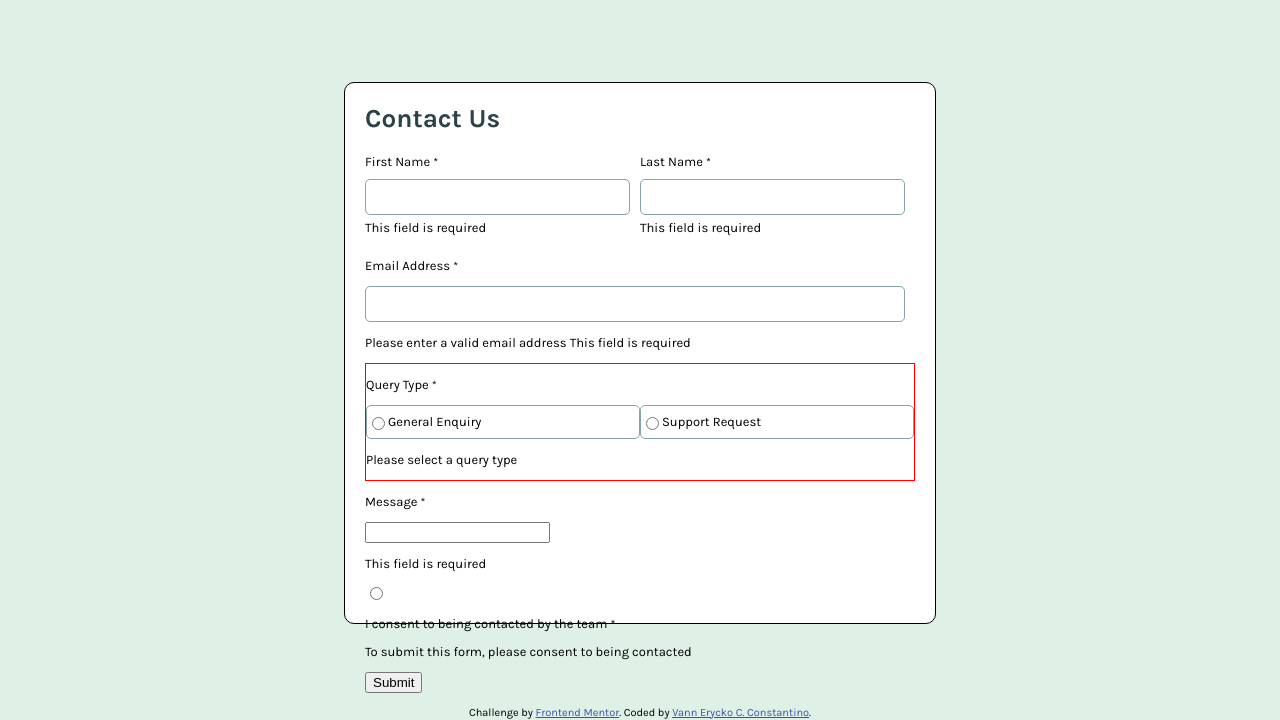
Repository: kocokoy/contact-form
Page: contact-form-main/index.html
These files come from the project's save history. The page is drawn as it stood at one moment and after the next save; the edit follows.
The browser window is 1280 px wide. The pictures show the whole page.

Above is the page before, as saved 2024-10-24 09:34:15.

### contact-form-main/index.html
<!DOCTYPE html>
<html lang="en">
<head>
  <meta charset="UTF-8">
  <meta name="viewport" content="width=device-width, initial-scale=1.0"> <!-- displays site properly based on user's device -->

  <link rel="icon" type="image/png" sizes="32x32" href="./assets/images/favicon-32x32.png">
  <link rel="stylesheet" href="/contact-form-main/styles/style.css">
  <link rel="preconnect" href="https://fonts.googleapis.com">
  <link rel="preconnect" href="https://fonts.gstatic.com" crossorigin>
  <link href="https://fonts.googleapis.com/css2?family=Karla:ital,wght@0,200..800;1,200..800&family=Red+Hat+Text:ital,wght@0,300..700;1,300..700&display=swap" rel="stylesheet">
  <title>Frontend Mentor | Contact form</title>

  <!-- Feel free to remove these styles or customise in your own stylesheet 👍 -->
  <style>
    .attribution { font-size: 11px; text-align: center; }
    .attribution a { color: hsl(228, 45%, 44%); }
  </style>
</head>
<body>
  <div class="container">
    <div class="contact-form-card">
      <h1 class="contact-us-header">
        Contact Us
      </h1>
      <div class="name-section">
        <div class="first-name-section">
          <p>
            First Name
            <span>*</span>
          </p>
          <input type="text" name="" id="">
          <p>
            This field is required
          </p>
        </div>
        <div class="last-name-section">
          <p>
            Last Name
            <span>*</span>
          </p>
          <input type="text" name="" id="">
          <p>
            This field is required
          </p>
        </div>
      </div>
      <div class="email-section">
        <p>Email Address  <span>*</span></p>
        <input type="text">
        <p>Please enter a valid email address
          This field is required</p>
      </div>
      <div class="query-type-section">
        <p>Query Type  <span>*</span></p>
        <div class="radio-query-type-section">
          <div>
            <input type="radio">
            General Enquiry
          </div>
          <div>
            <input type="radio">
            Support Request
          </div>
        </div>
        <p>Please select a query type</p>
      </div>
      <div class="message-section">
        <p>Message  <span>*</span></p>
        <input type="text">
        <p>This field is required</p>
      </div>
      <div class="consent-section">
        <div>
          <input type="radio">
          <p>I consent to being contacted by the team  <span>*</span></p>
        </div>
        <p> To submit this form, please consent to being contacted</p>
      </div>
      <div class="submit-btn-section">
        <button>
          Submit</button>
      </div>
    </div>
  </div>




  <!-- Message Sent!
  Thanks for completing the form. We'll be in touch soon! -->

  <div class="attribution">
    Challenge by <a href="https://www.frontendmentor.io?ref=challenge">Frontend Mentor</a>.
    Coded by <a href="#">Vann Erycko C. Constantino</a>.
  </div>
</body>
</html>

### contact-form-main/styles/style.css
:root{
  /* Primary */
  --Green200: hsl(148, 38%, 91%);
  --Green600: hsl(169, 82%, 27%);
  --Red:hsl(0, 66%, 54%);

  --White: hsl(0, 0%, 100%);
  --Grey500: hsl(186, 15%, 59%);
  --Grey900: hsl(187, 24%, 22%);
}

body{
  padding: 0;
  margin: 0;
  background-color: var(--Green200);
  font-family: Karla;
  font-size: 13px;
  font-weight: 400;
}

span {
  font-size: 12px;
}

.container{
  display: flex;
  align-items: center;
  justify-content: center;
  height: 98vh;
}

.contact-form-card{
  display: flex;
  flex-direction: column;
  border: 1px solid;
  background-color: var(--White);
  height: 500px;
  width: 550px;
  border-radius: 10px;
  padding: 20px;
}

.contact-us-header{
  padding: 0;
  margin: 0;
  font-weight: 700;
  color: var(--Grey900);
}

.name-section{
  display: flex;
  flex-direction: row;
  justify-content: space-between;
  padding-top: 15px;
}

.name-section p{
  /* border: 1px solid red; */
  margin: 5px 0;
  padding-bottom: 5px;
}

.name-section input{
 width: 94%;
 height: 32px;
 border: 1px solid var(--Grey500);
 border-radius: 5px;
}

.first-name-section, .last-name-section{
  width: 100%;
}

.email-section{
  display: flex;
  flex-direction: column;
}

.email-section input{
  width: 97%;
  height: 32px;
  border-radius: 5px;
  border: 1px solid var(--Grey500);
}

.query-type-section{
  border: 1px solid red;
  display: flex;
  flex-direction: column;
}

.query-type-section .radio-query-type-section{
  display: flex;
  flex-direction: row;
  justify-content: space-between;
}

.query-type-section .radio-query-type-section div{
  display: flex;
  flex-direction: row;
  align-items: center;
  height: 32px;
  border-radius: 5px;
  border: 1px solid var(--Grey500);
  width: 50%;
}

After the next save:
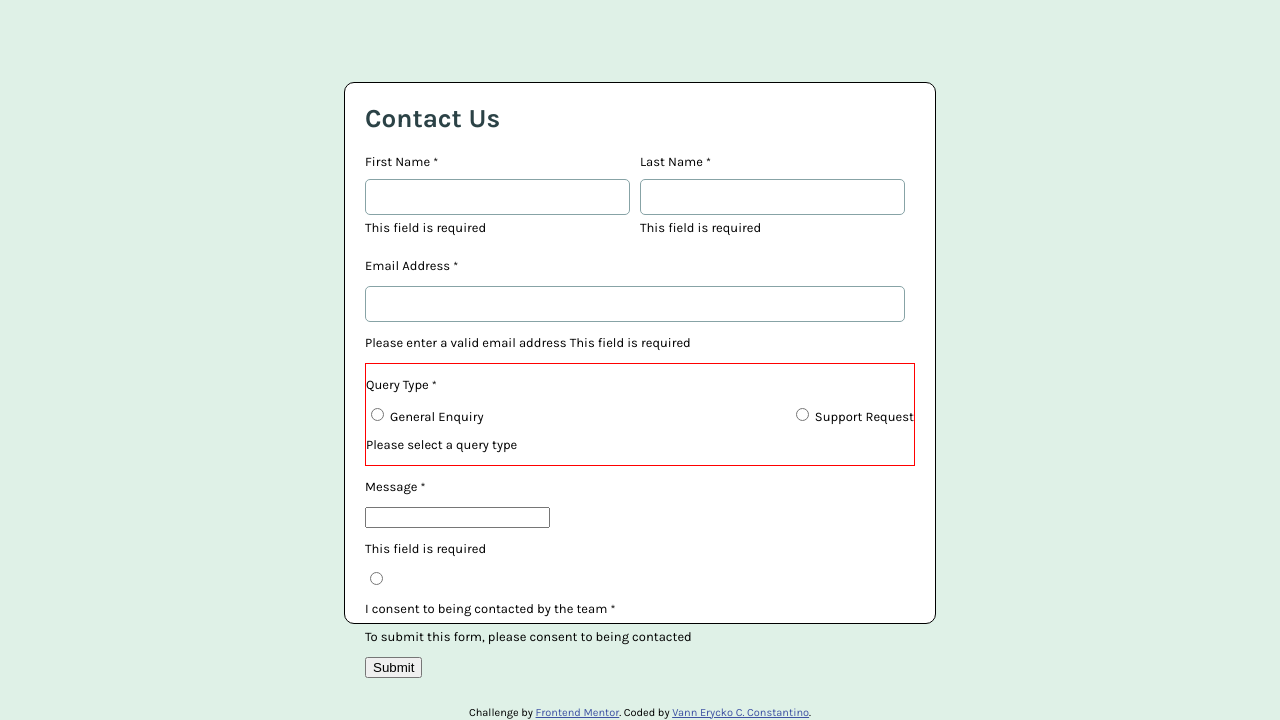
Saved 2 min 24 s later.
--- a/contact-form-main/styles/style.css
+++ b/contact-form-main/styles/style.css
@@ -95,7 +95,7 @@ span {
   justify-content: space-between;
 }
 
-.query-type-section .radio-query-type-section div{
+.general-adio-query-type-section ,.support-adio-query-type-section{
   display: flex;
   flex-direction: row;
   align-items: center;
